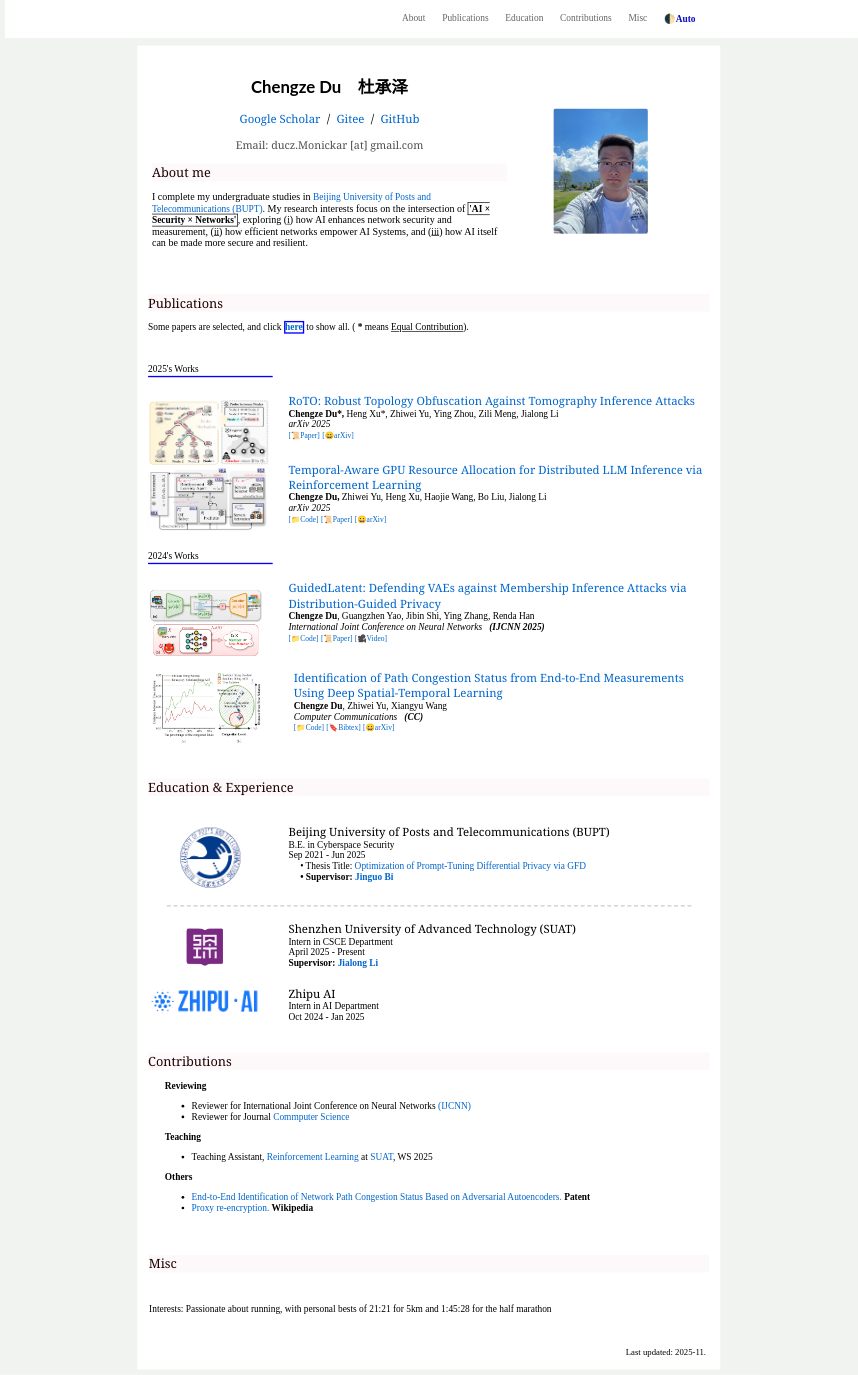
Repository: Monickar/Monickar.github.io
Page: index.html
These files come from the project's save history. The page is drawn as it stood at one moment and after the next save; the edit follows.
The browser window is 1280 px wide. The pictures show the whole page, at 67% of full size.

Above is the page before, as saved 2025-11-07 09:20:57.

After the next save:
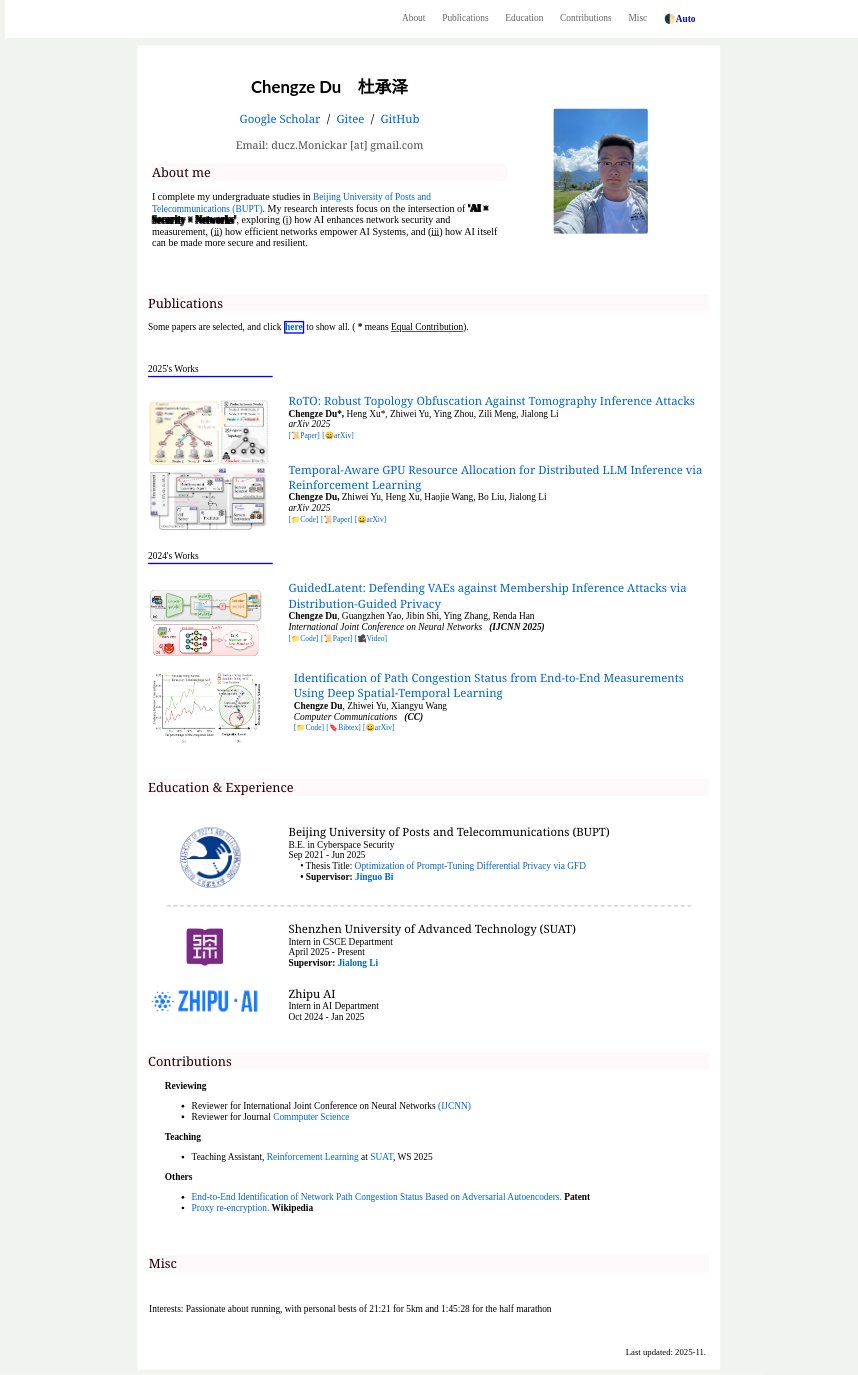
Saved 33 s later.
--- a/styles.css
+++ b/styles.css
@@ -178,7 +178,10 @@
 }
 
 .bordered-text {
-  border: 1px solid #000; /* 2px 粗细, 实线, 黑色 */
-  padding: 1px 1px; /* 内边距 */
+text-shadow:
+    -1px -1px 0 #000,
+    1px -1px 0 #000,
+    -1px 1px 0 #000,
+    1px 1px 0 #000; /* 四个方向的黑色描边 */
 
 }

After the save that followed:
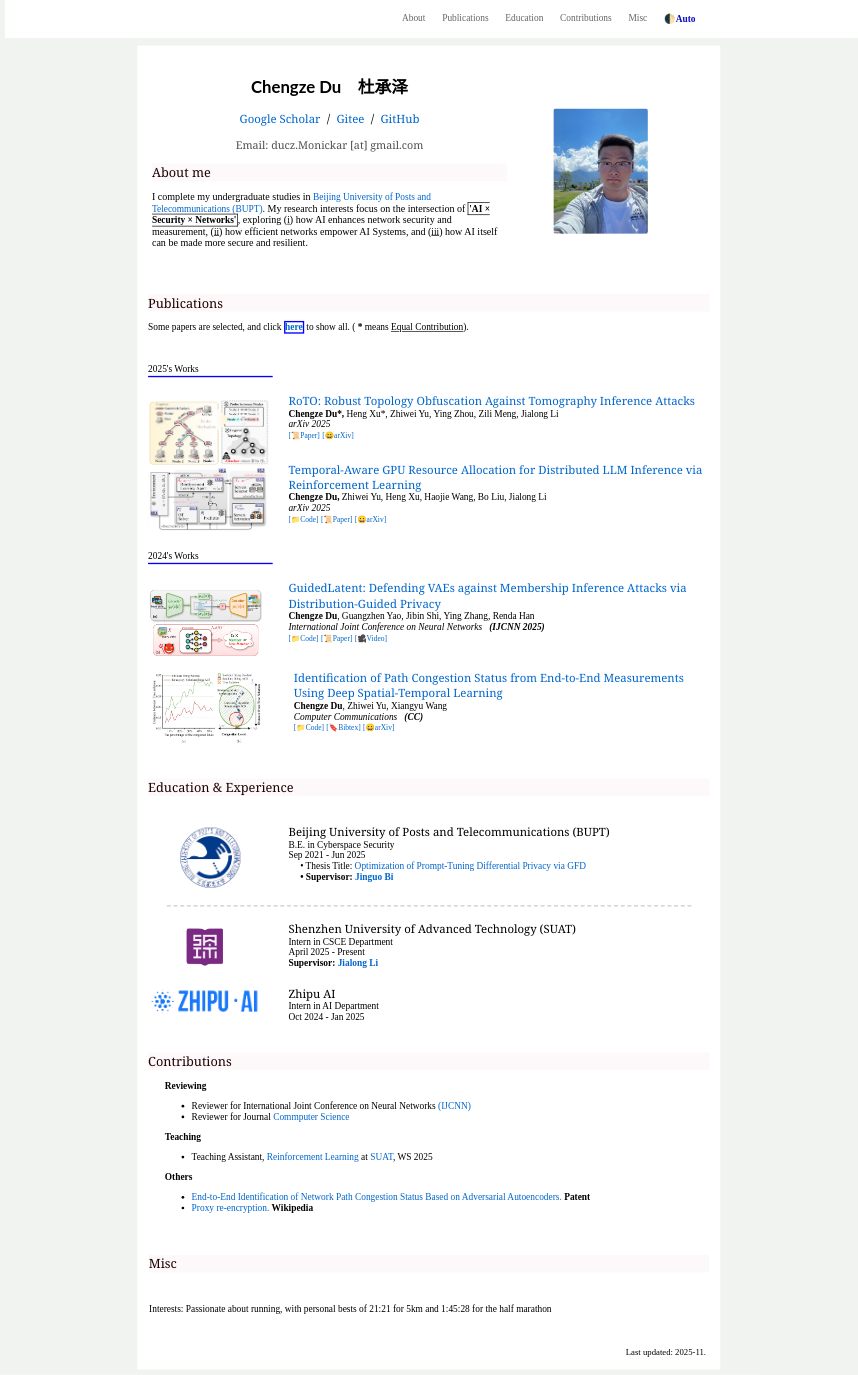
Saved 4 s later.
--- a/styles.css
+++ b/styles.css
@@ -178,10 +178,7 @@
 }
 
 .bordered-text {
-text-shadow:
-    -1px -1px 0 #000,
-    1px -1px 0 #000,
-    -1px 1px 0 #000,
-    1px 1px 0 #000; /* 四个方向的黑色描边 */
+  border: 1px solid #000; /* 2px 粗细, 实线, 黑色 */
+  padding: 1px 1px; /* 内边距 */
 
 }
